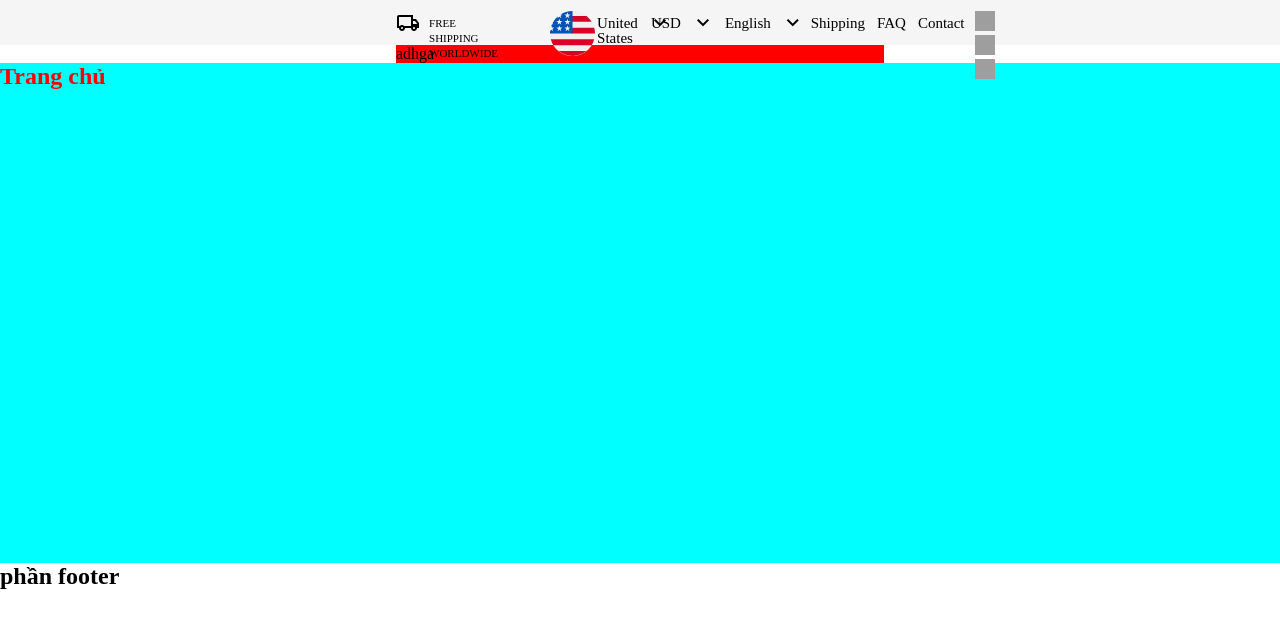
Repository: tatvanhco/shopper
Page: /
These files come from the project's save history. The page is drawn as it stood at one moment and after a run of saves; the edit follows.
The browser window is 1280 px wide. The pictures show the whole page.
Pictures or frames that could not be fetched are drawn as grey boxes. The project was rebuilt for these pictures with package versions that can differ from the ones it lists, and the page was loaded fresh each time.

Above is the page before, as saved 2022-09-24 13:29:47.

After the next 2 saves:
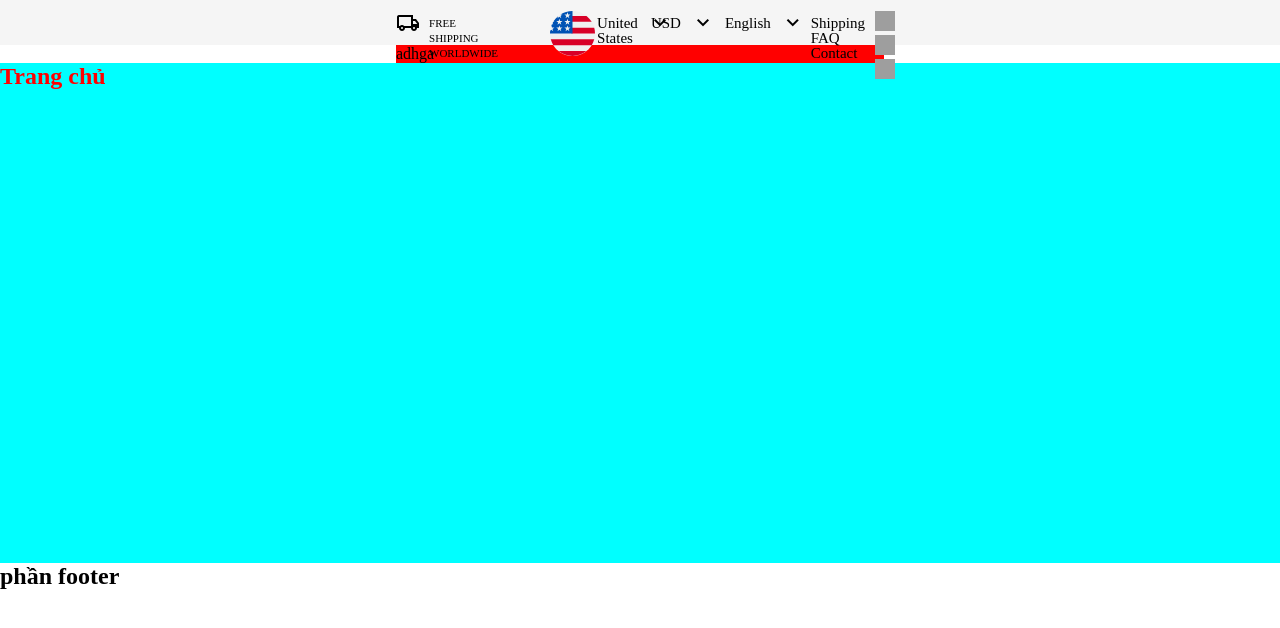
The 2 saves are shown as one change because they came seconds apart.
The last was saved 7 s later.
--- a/src/components/header/header.tsx
+++ b/src/components/header/header.tsx
@@ -71,17 +71,16 @@
                             <div className="headerContactLeft">
                                 <ul className={clsx('headerContactLeftItems', 'd-flex', 'ul')}>
                                     <div className={clsx('headerContactR')}>
-
+                                        <li className={clsx('headerContactLeftItem')}>
+                                            <p className={clsx('title')}>Shipping</p>
+                                        </li>
+                                        <li className={clsx('headerContactLeftItem')}>
+                                            <p className={clsx('title')}>FAQ</p>
+                                        </li>
+                                        <li className={clsx('headerContactLeftItem')}>
+                                            <p className={clsx('title')}>Contact</p>
+                                        </li>
                                     </div>
-                                    <li className={clsx('headerContactLeftItem')}>
-                                        <p className={clsx('title')}>Shipping</p>
-                                    </li>
-                                    <li className={clsx('headerContactLeftItem')}>
-                                        <p className={clsx('title')}>FAQ</p>
-                                    </li>
-                                    <li className={clsx('headerContactLeftItem')}>
-                                        <p className={clsx('title')}>Contact</p>
-                                    </li>
                                     <li className={clsx('headerContactLeftItem')}>
                                         <img
                                             className={clsx('img-icon', styles.icon)}

After the 6 saves that followed:
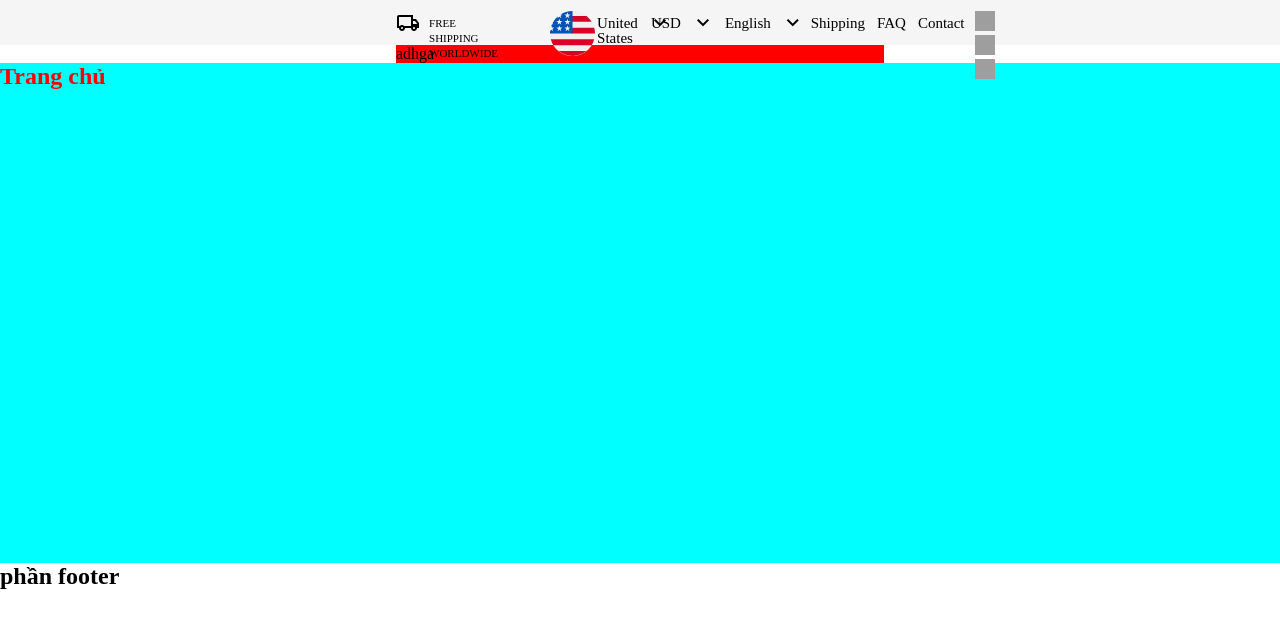
The 6 saves are shown as one change because 3 left the picture as it was and some came seconds apart.
The last was saved 40 s later.
--- a/src/components/header/header.tsx
+++ b/src/components/header/header.tsx
@@ -70,7 +70,7 @@
                             </div>
                             <div className="headerContactLeft">
                                 <ul className={clsx('headerContactLeftItems', 'd-flex', 'ul')}>
-                                    <div className={clsx('headerContactR')}>
+                                    <div className={clsx('headerContactR', 'd-flex')}>
                                         <li className={clsx('headerContactLeftItem')}>
                                             <p className={clsx('title')}>Shipping</p>
                                         </li>
--- a/src/components/header/header.module.scss
+++ b/src/components/header/header.module.scss
@@ -22,6 +22,6 @@
     transform: translateY(-5px);
 }
 
-.headerContactLeft {
+.headerContactR {
     justify-content: space-between;
 }
